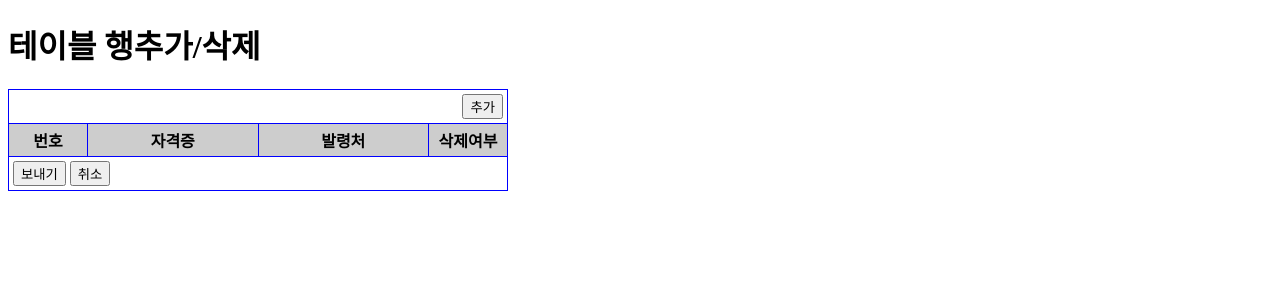
Repository: CHOKIHO/html
Page: work/0110/WebContent/ex3_tabledelete.html
The author's editor kept a copy of each file at every save. The page is drawn from the files as they stood at one save, then again after the next save.
The browser window is 1280 px wide. The pictures show the whole page.
After loading, the first visible `input` was clicked once.

Above is the page before, as saved 2017-01-10 05:58:47.
Console error: ReferenceError: btn1 is not defined

### work/0110/WebContent/ex3_tabledelete.html
<!DOCTYPE html>
<html>
<head>
<meta charset="UTF-8">
<title>테이블 추가</title>

<style type="text/css">

	body table {
		width:500px;
		border: 1px solid blue;
		border-collapse: collapse;
	}
	body table th, body table td {
		border: 1px solid blue;
		padding: 4px;
		//text-align: center;
	}

	body table>thead th {
		background-color: #cdcdcd;
	}

	body table>thead .fr {
		text-align: right;
	}

	.no { width: 70px;}


</style>

<script type="text/javascript">

	var idx=1;

	//테이블 Row 추가 함수
	function addRow() {

		//추가할 td를 생성한다.
		var td1 = document.createElement("td");
		var td2 = document.createElement("td");
		var td3 = document.createElement("td");
		var td4 = document.createElement("td");

		var txt1 = document.createElement("input");
		txt1.type="text";
		txt1.name="lic";

		var txt2 = document.createElement("input");
		txt2.type="text";
		txt2.name="pos";

		var btn = document.createElement("input");
		btn1.type="button";
		btn1.name="btn";
		btn1.value="삭제";

		/* td4.innerHTML = "<input type='text' value='삭제' onclick='deleteRow(this)'/>"; */   /* 문자열로 지정 */

		//① td객체에 문자열지정 (innerHTML, innerText)
		td1.innerHTML = idx++;
		td2.appendChild(txt1);
		td3.appendChild(txt2);
		td4.appendChild(btn);

		//② 추가할 tr을 생성
		var tr = document.createElement("tr");

		//③ tr 엘리먼트에 td엘리먼트 추가
		tr.appendChild(td1);
		tr.appendChild(td2);
		tr.appendChild(td3);
		tr.appendChild(td4);

		//④ row를 추가할 table 검색
		var tab = document.getElementById("myTable");

		//⑤ tbody를 찾기 (DOM구조: 자식들 태크는 배열로 저장되어 있음)
		var tbody = tab.children[1];

		//⑥ tbody에 tr추가
		tbody.appendChild(tr);

		//⑦ sytle 추가
		tr.style.textAlign = "center";


		var rowNo=0;

		tr.onmouseover = function() {  //익명함수 사용 (함수안에서 함수사용)

			rowNo = this.rowIndex;				//전역변수 이용
			//table.rowNo = this.rowIndex;    //테이블변수 이용

		};

		btn.onclick = function() {

			//alert(rowNo);
			tab.deleteRow(rowNo);

		};
	}


</script>

</head>
<body>
	<h1>테이블 행추가/삭제</h1>

	<form>
	<table id="myTable">
		<thead>
			<tr class="fr">
				<td colspan="4">
					<input type="button" value="추가" onclick="addRow()"/>
				</td>
			</tr>
			<tr>
				<th class="no">번호</th>
				<th>자격증</th>
				<th>발령처</th>
				<th class="no">삭제여부</th>
			</tr>
		</thead>
		<tbody>
		<!-- 테이블 행추가할 body 구역 -->
		</tbody>
		<tfoot>
			<tr>
				<td colspan="4">
				<input type="button" value="보내기"/>
				<input type="button" value="취소"/>
				</td>
			</tr>
		</tfoot>
	</table>
	</form>

</body>
</html>

After the next save:
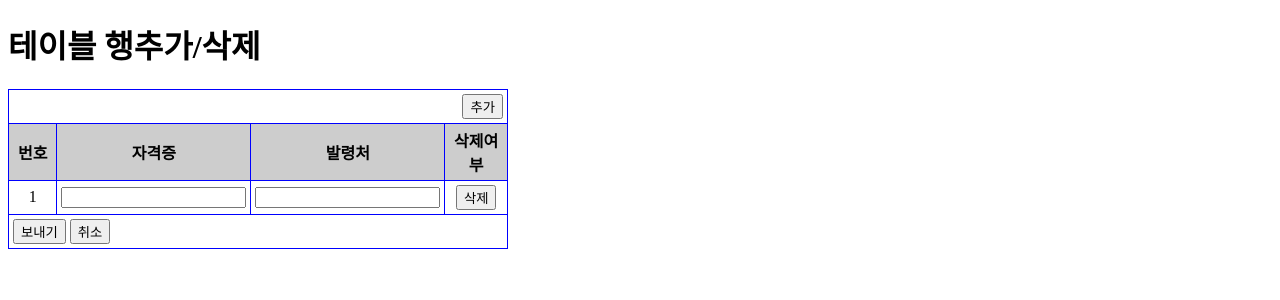
The error is gone.
Saved 17 s later.
--- a/work/0110/WebContent/ex3_tabledelete.html
+++ b/work/0110/WebContent/ex3_tabledelete.html
@@ -52,9 +52,9 @@
 		txt2.name="pos";
 
 		var btn = document.createElement("input");
-		btn1.type="button";
-		btn1.name="btn";
-		btn1.value="삭제";
+		btn.type="button";
+		btn.name="btn";
+		btn.value="삭제";
 
 		/* td4.innerHTML = "<input type='text' value='삭제' onclick='deleteRow(this)'/>"; */   /* 문자열로 지정 */
 
